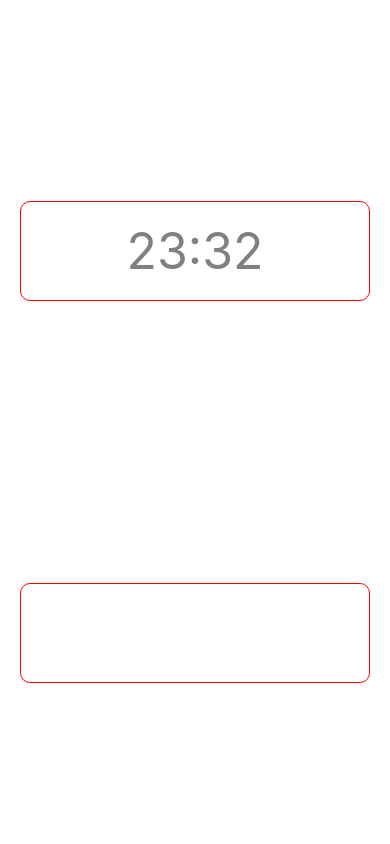
Repository: sonnke/imageResizer
Screen: /
An editor plug-in stored every save of this project. The screen is shown before and after the next save, followed by the edit.
The app was drawn by React Native's web renderer in a window 390 px wide. The project was rebuilt for these pictures with package versions that can differ from the ones it lists, and the page was loaded fresh each time.

Above is the screen before, as saved 2020-02-02 13:11:14.

### App.tsx
import React from 'react';
import { StyleSheet, Text, View } from 'react-native';
import styled from 'styled-components/native';

const MainContainer = styled.View`
  flex: 1;
  flex-direction: column;
  align-items: center;
  justify-content: space-around;
  padding: 60px 20px 20px 20px;
`;

const StopWatch = styled.View`
  width: 100%;
  height: 100px;
  border-width: 1px;
  border-color: red;
  border-radius: 10px;
  justify-content: center;
  align-items: center;
`;

const ImageContainer = styled.View`
  width: 100%;
  height: 100px;
  border-width: 1px;
  border-color: red;
  border-radius: 10px;
  justify-content: center;
  align-items: center;
`;

const StopWatchText = styled.Text`
  font-size: 50px;
  color: grey;
`;

export default function App() {
  return (
    <MainContainer>
      <StopWatch>
        <StopWatchText>23:32</StopWatchText>
      </StopWatch>
      <ImageContainer></ImageContainer>
    </MainContainer>
  );
}

After the next save:
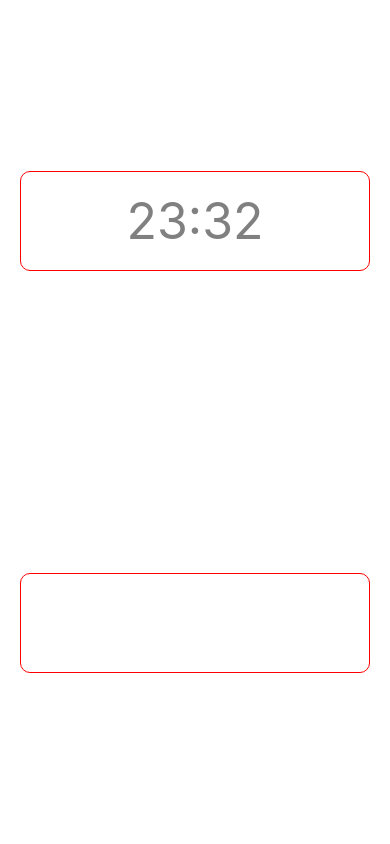
Saved 15 s later.
--- a/App.tsx
+++ b/App.tsx
@@ -7,7 +7,7 @@ const MainContainer = styled.View`
   flex-direction: column;
   align-items: center;
   justify-content: space-around;
-  padding: 60px 20px 20px 20px;
+  padding: 20px;
 `;
 
 const StopWatch = styled.View`
